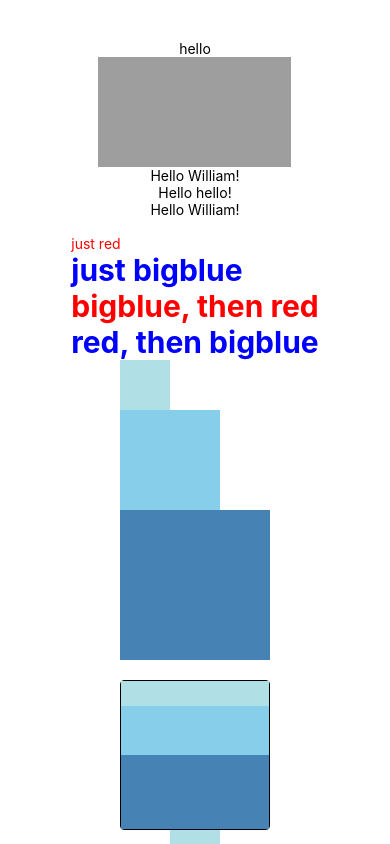
Repository: wcc17/project-adara
Screen: / (app in ProjectAdara/)
An editor plug-in stored every save of this project. The screen is shown before and after the next save, followed by the edit.
Pictures or frames that could not be fetched are drawn as grey boxes. An inner scrolling area shows only its first screen. The app was drawn by React Native's web renderer in a window 390 px wide. The project was rebuilt for these pictures with package versions that can differ from the ones it lists, and the page was loaded fresh each time.

Above is the screen before, as saved 2018-05-27 14:33:59.

### ProjectAdara/App.js
import React, { Component } from 'react';
import { StyleSheet, Text, ScrollView, View, Image, SafeAreaView } from 'react-native';
import FlexDimensionsBasicsComponent from './src/components/FlexDimensionsBasicsComponent'
import AlignItemsComponent from './src/components/AlignItemsComponent'

export default class App extends React.Component {
    render() {
        return (
            <SafeAreaView style={{flex: 1, backgroundColor: '#ffff'}}>
                <ScrollView contentContainerStyle={styles.container}>
                    <BasicStuffComponent/>
                    <FlexDimensionsBasicsComponent style={flexDimensionStyleSheet.flexDimensionComponentStyle}/>
                    <AlignItemsComponent/>
                </ScrollView>
            </SafeAreaView>
        );
    }
}

class BasicStuffComponent extends Component {
    render() {
        let image = {
            uri: 'https://upload.wikimedia.org/wikipedia/commons/d/de/Bananavarieties.jpg'
        };

        return (
            <View style={styles.container}>
                <Text>hello</Text>
                <Image source={image} style={{ width: 193, height: 110 }} />
                <DumbGreetingComponent name='William' />
                <DumbGreetingComponent name='hello' />
                <DumbGreetingComponent name='William' />
                <Blink text="this is blinking text" />
                <StyledComponent/>
                <FixedDimensionsComponent/>
            </View>
        )
    }
}

class DumbGreetingComponent extends Component {
    render() {
        return (
            <Text>Hello {this.props.name}!</Text>
        );
    }
}

class Blink extends Component {
    constructor(props) {
        super(props);
        this.state = { isShowingText: true };

        // Toggle the state every second
        setInterval(() => {
            this.setState(previousState => {
                return { isShowingText: !previousState.isShowingText };
            });
        }, 1000);
    }

    render() {
        let display = this.state.isShowingText ? this.props.text : ' ';
        return (
            <Text>{display}</Text>
        );
    }
}

class StyledComponent extends Component {
    render() {
        return (
        <View>
            <Text style={styles.red}>just red</Text>
            <Text style={styles.bigblue}>just bigblue</Text>
            <Text style={[styles.bigblue, styles.red]}>bigblue, then red</Text>
            <Text style={[styles.red, styles.bigblue]}>red, then bigblue</Text>
        </View>
        );
    }
}

class FixedDimensionsComponent extends Component {
    render() {
        return (
            <View>
                <View style={{width: 50, height: 50, backgroundColor: 'powderblue'}}/>
                <View style={{width: 100, height: 100, backgroundColor: 'skyblue'}}/>
                <View style={fixedDimensionStyleSheet.steelBlueView}/>
            </View>
        )
    }
}



const styles = StyleSheet.create({
    container: {
        // flex: 1, will force it to fit inside the parent SafeAreaView
        backgroundColor: '#fff',
        alignItems: 'center',
        paddingVertical: 20,
        // justifyContent: 'center',
    },
    bigblue: {
        color: 'blue',
        fontWeight: 'bold',
        fontSize: 30,
    },
    red: {
        color: 'red',
    },
});

const fixedDimensionStyleSheet = StyleSheet.create({
    steelBlueView: {
        width: 150,
        height: 150,
        backgroundColor: 'steelblue'
    },
});

const flexDimensionStyleSheet = StyleSheet.create({
    flexDimensionComponentStyle: {
        width: 150,
        height: 150,

        borderRadius: 4,
        borderWidth: 1.5,
        borderColor: 'black',

        // marginHorizontal: 15,

        //column is default it looks like
        // flexDirection: 'row',
        // justifyContent: 'space-between',
    },
});

### ProjectAdara/src/components/FlexDimensionsBasicsComponent.js
import React, { Component } from 'react';
import { View } from 'react-native';

export default class FlexDimensionsBasicsComponent extends Component {
    render() {
        return (
            //a height and width should be passed in with style prop
            // <View style={{flex: 1}}>
            <View style={this.props.style}>
                <View style={{flex: 1, backgroundColor: 'powderblue'}} />
                <View style={{flex: 2, backgroundColor: 'skyblue'}} />
                <View style={{flex: 3, backgroundColor: 'steelblue'}} />
            </View>
        );
    }
}

### ProjectAdara/src/components/AlignItemsComponent.js
import React, { Component } from 'react';
import { View } from 'react-native';

export default class AlignItemsBasics extends Component {
    render() {
        return (
            //try alignItems: 'flex-start'
            ///justifyContent: 'flex-end'
            //flexDirection: row
            <View style={{
                flex: 1,
                flexDirection: 'column',
                justifyContent: 'center',
                alignItems: 'center',
            }}>
                <View style={{width: 50, height: 50, backgroundColor: 'powderblue'}} />
                <View style={{width: 50, height: 50, backgroundColor: 'skyblue'}} />
                <View style={{width: 50, height: 50, backgroundColor: 'steelblue'}} />
            </View>
        );
    }
}

After the next save:
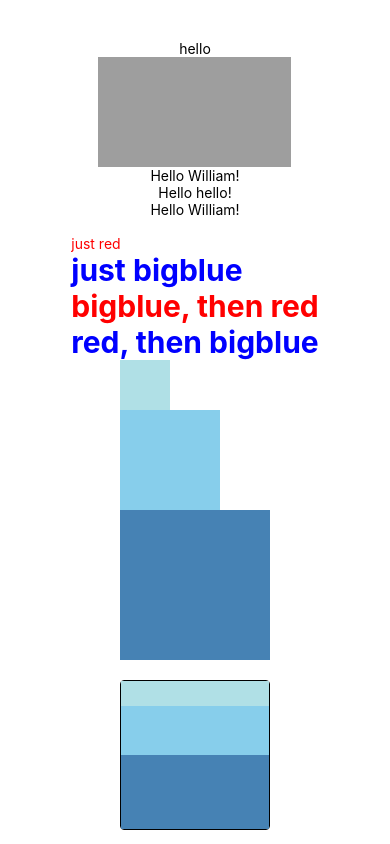
Saved 15 s later.
--- a/ProjectAdara/App.js
+++ b/ProjectAdara/App.js
@@ -129,7 +129,7 @@ const flexDimensionStyleSheet = StyleSheet.create({
         borderWidth: 1.5,
         borderColor: 'black',
 
-        // marginHorizontal: 15,
+        marginBottom: 15,
 
         //column is default it looks like
         // flexDirection: 'row',
